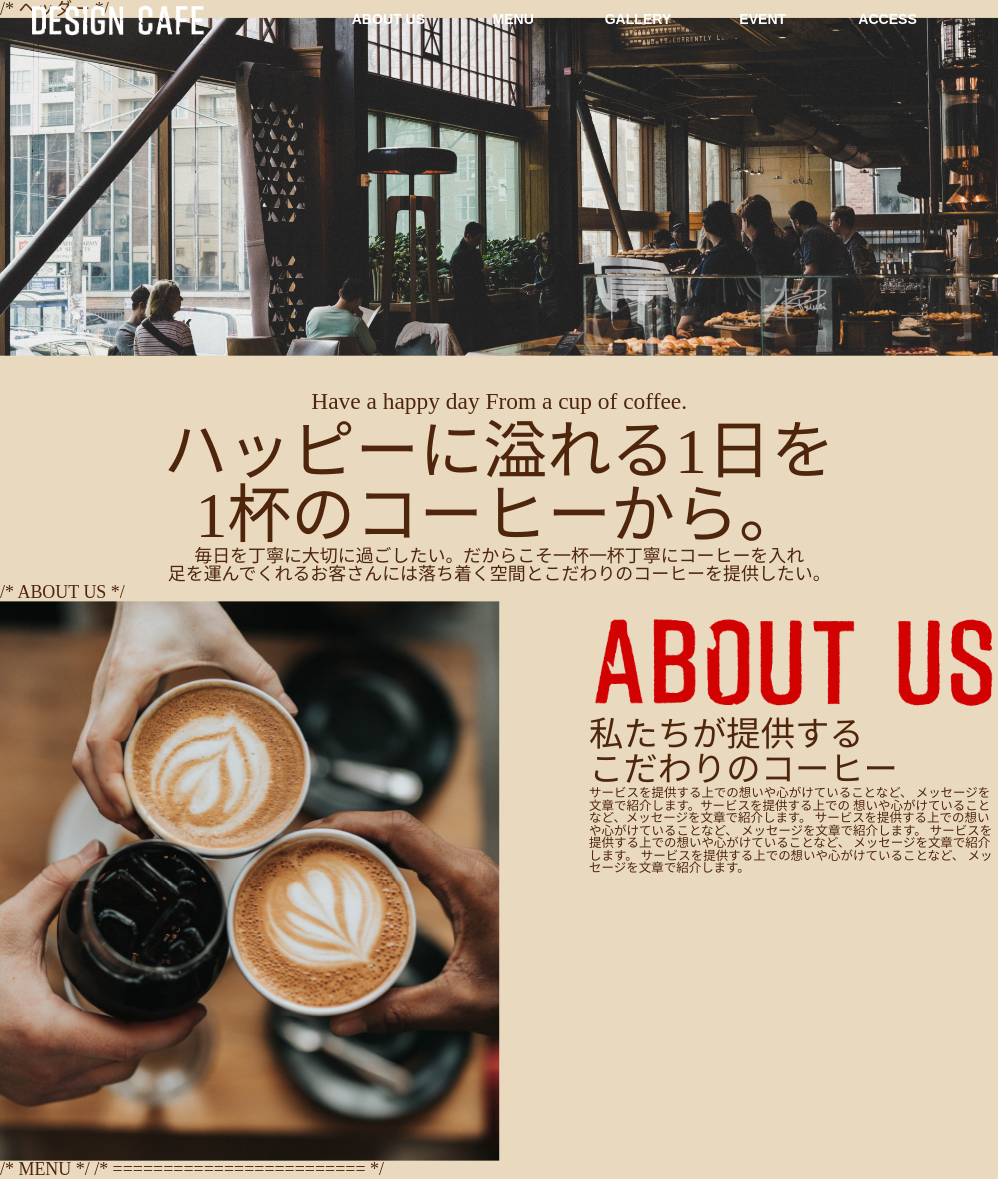
Repository: sonoyama01/dezasuta
Page: 第4回課題/index.html
The author's editor kept a copy of each file at every save. The page is drawn from the files as they stood at one save, then again after the next save.
The browser window is 1280 px wide. The pictures show the whole page, at 78% of full size.

Above is the page before, as saved 2024-05-02 03:00:50.

### 第4回課題/index.html
<!DOCTYPE html>
<html lang="ja">

<head>
    <meta charset="UTF-8">
    <meta name="viewport" content="width=device-width, initial-scale=1.0">
    <title>Desing Cafe</title>
    <link rel="stylesheet" href="./css/style.css">
</head>

<body>
    /* ヘッダー */
    <header>
        <div class="header_slide">
            <div>
                <img src="./images/pc_first-100.jpg" alt="店内の様子">
            </div>
        </div>
        <div class="header_wrap">
            <h1 class="header_logo">
                <img src="./images/design_cafe_logo_header@2x.png" alt="desind cafe">
            </h1>
            <nav class="pc_nav">
                <ul>
                    <li><a href="#about_us">ABOUT US</a></li>
                    <li><a href="#">MENU</a></li>
                    <li><a href="#">GALLERY</a></li>
                    <li><a href="#">EVENT</a></li>
                    <li><a href="#">ACCESS</a></li>
                </ul>
            </nav>
        </div>
    </header>
    <div class="catch_copy">
        <p class="catch_copy_ja"><span class="en">Have a happy day From a cup of coffee.</span><br>
            ハッピーに溢れる1日を<br>
            1杯のコーヒーから。</p><!-- /.catch_copy -->
        <p>毎日を丁寧に大切に過ごしたい。だからこそ一杯一杯丁寧にコーヒーを入れ<br>
            足を運んでくれるお客さんには落ち着く空間とこだわりのコーヒーを提供したい。</p>
    </div><!-- /.catch_copy -->

    /* ABOUT US */
    <section id="about_us_fx">
        <div class="about_us">
            <div class="about_us_im"><img src="./images/pc_about-100.jpg" alt=""></div>
            <div class="about_us_text">
                <img src="./images/about_us@2x.png" alt="">
                <p class="abouot_us_concept">私たちが提供する<br>
                    こだわりのコーヒー</p><!-- /.abouot_us_concept -->
                <p class="about_us_texts">
                    サービスを提供する上での想いや心がけていることなど、
                    メッセージを文章で紹介します。サービスを提供する上での
                    想いや心がけていることなど、メッセージを文章で紹介します。
                    サービスを提供する上での想いや心がけていることなど、
                    メッセージを文章で紹介します。
                    サービスを提供する上での想いや心がけていることなど、
                    メッセージを文章で紹介します。
                    サービスを提供する上での想いや心がけていることなど、
                    メッセージを文章で紹介します。
                </p><!-- /.about_us_text -->
            </div>

        </div><!-- /.about_us -->
    </section><!-- /#about_us -->

    /* MENU */
    /* ========================= */
    <section id="menu_fx">
        <div class="drink"></div><!-- /.drink -->
        <div class="food"></div><!-- /.food -->
        <div class="sweets"></div><!-- /.sweets -->
    </section><!-- /#menu_fx -->

</body>

</html>

### 第4回課題/css/style.css
@charset "utf-8";

/* cssリセット */

/*利用するタグによってこちらの内容は増やす*/

html,
body,
h1,
h2,
h3,
p,
dl,
dt,
dd,
ul,
li {
  margin: 0;
  padding: 0;
  line-height: 1;
  /*デフォルトの文字色、font-familyを予め当てておく*/
  color: #4f260b;
  font-family: "游明朝", YuMincho, "Hiragino Mincho ProN W3",
    "ヒラギノ明朝 ProN W3", "Hiragino Mincho ProN", "HG明朝E", "ＭＳ Ｐ明朝",
    "ＭＳ 明朝", serif;
}

a {
  /*下線を消す*/
  text-decoration: none;
  /*色を消す*/
  color: inherit;
  transition: 0.3s;
}

a:hover {
  opacity: 0.5;
}

ul {
  /*左の「・」を消す*/
  list-style: none;
}

img {
  max-width: 100%;
  width: 100%;
  height: auto;
  vertical-align: bottom;
  border: none;
}

body {
  background-color: #e8d9bf;
  font-size: 23px;
}

/* ヘッダー */
.pc_nav ul {
  display: flex;
  gap: 55px;
}

.pc_nav ul li {
  width: 105px;
  text-align: center;
  color: #ffffff;
  font-weight: bold;
  font-size: 18px;
  font-family: "Hiragino Sans W3", "Hiragino Kaku Gothic ProN",
    "ヒラギノ角ゴ ProN W3", "メイリオ", Meiryo, "ＭＳ Ｐゴシック", "MS PGothic",
    sans-serif;
}

.header_logo {
  width: 226px;
}

.header_wrap {
  display: flex;
  justify-content: space-between;
  align-items: center;
  padding: 0 7% 0 3%;
  position: absolute;
  top: 0;
  left: 0;
  width: 100%;
  box-sizing: border-box;
}

/* ============================
* キャッチコピー
* ========================= */
.catch_copy {
  text-align: center;
}
.en {
  font-size: 30px;
}
.catch_copy_ja {
  font-size: 82px;
}

/* ============================
* ABOUT US
* ========================= */
.about_us {
  display: flex;
  justify-content: space-between;
}
.about_us_im {
  width: 50%;
}
.abouot_us_concept {
  font-size: 44px;
}
.about_us_text {
  width: 41%;
}
.about_us_texts {
  font-size: 16px;
}

After the next save:
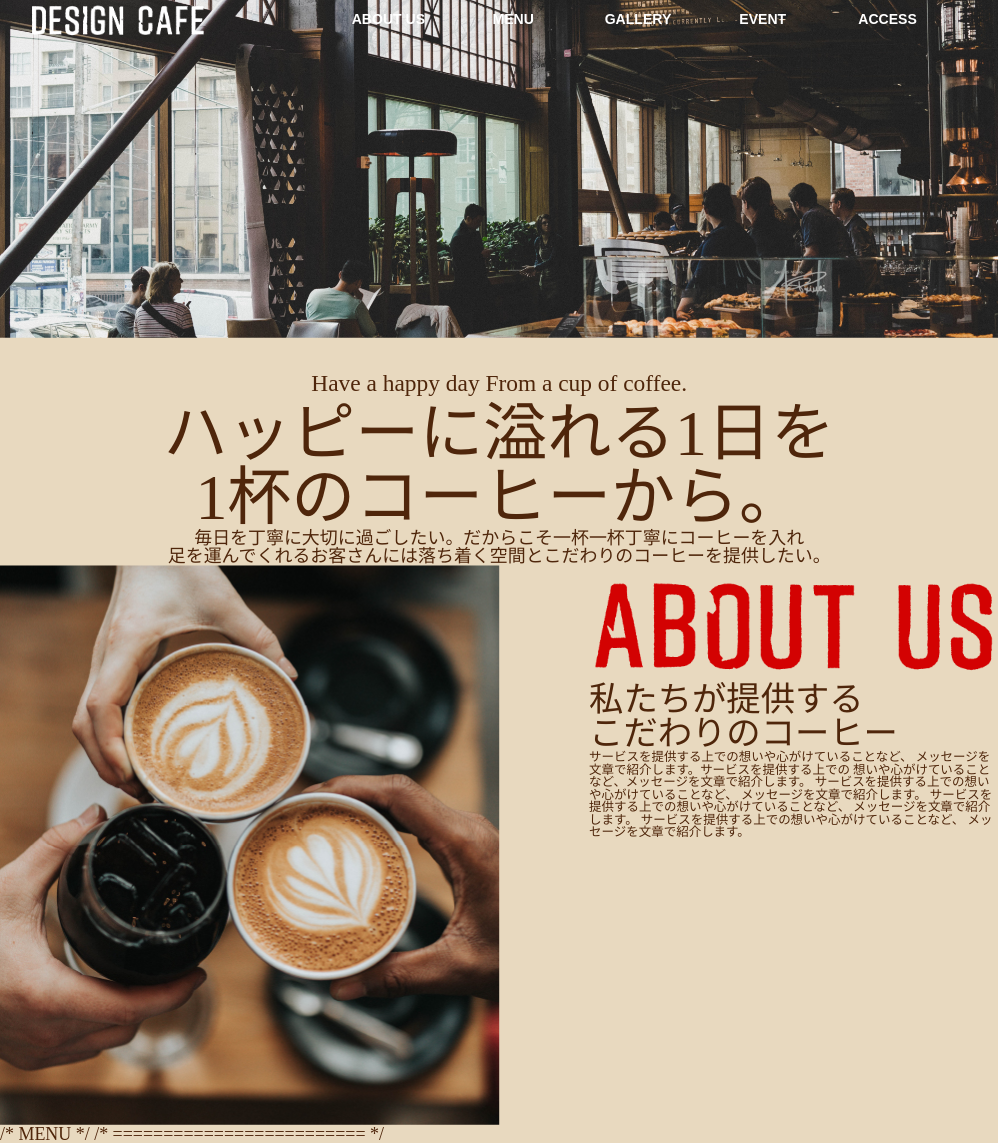
Saved 4 min 12 s later.
--- a/第4回課題/index.html
+++ b/第4回課題/index.html
@@ -9,7 +9,7 @@
 </head>
 
 <body>
-    /* ヘッダー */
+
     <header>
         <div class="header_slide">
             <div>
@@ -39,7 +39,6 @@
             足を運んでくれるお客さんには落ち着く空間とこだわりのコーヒーを提供したい。</p>
     </div><!-- /.catch_copy -->
 
-    /* ABOUT US */
     <section id="about_us_fx">
         <div class="about_us">
             <div class="about_us_im"><img src="./images/pc_about-100.jpg" alt=""></div>
